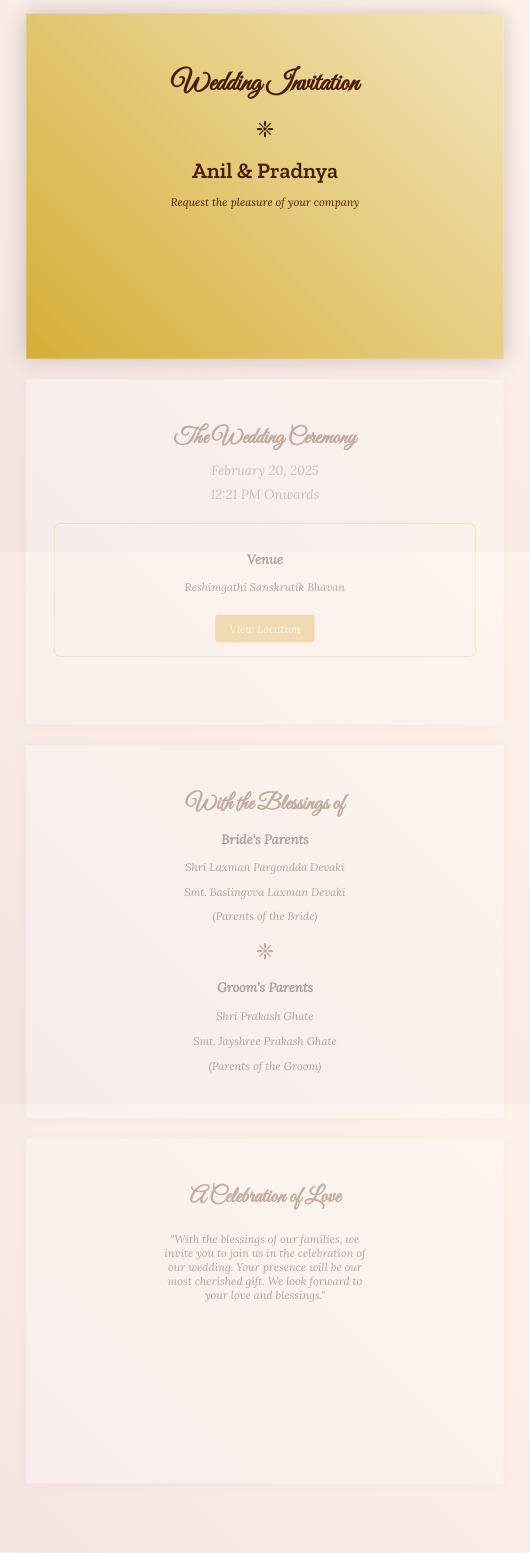
Repository: abhibkop27/finalwedding
Page: index.html
These files come from the project's save history. The page is drawn as it stood at one moment and after the next save; the edit follows.
The browser window is 768 px wide. The pictures show the whole page, at 69% of full size.
Backgrounds fixed to the window are drawn as part of the page.

Above is the page before, as saved 2025-02-17 13:13:20.

### index.html
<!DOCTYPE html>
<html lang="en">
<head>
    <meta charset="UTF-8">
    <meta name="viewport" content="width=device-width, initial-scale=1.0">
    <title>Wedding Invitation</title>
    <link rel="stylesheet" href="style.css">
    <link href="https://fonts.googleapis.com/css2?family=Great+Vibes&family=Lora:ital@1&display=swap" rel="stylesheet">
</head>
<body>
    <div class="book">

        <div class="page cover active">
            <div class="content">
                <h1>Wedding Invitation</h1>
                <div class="ornament">❈</div>
                <h2 class="main-name">Anil & Pradnya</h2>
                <p>Request the pleasure of your company</p>
            </div>
        </div>


        <div class="page">
            <div class="content">
                <h2>The Wedding Ceremony</h2>
                <p class="date">February  20, 2025</p>
                <p class="time">12:21 PM Onwards</p>
                <div class="venue">
                    <h3>Venue</h3>
                    <p>Reshimgathi Sanskrutik Bhavan</p>
                    <a href="https://maps.app.goo.gl/dHfJvonCVZ4RNg2w9" target="_blank" class="map-link">View Location</a>
                </div>
            </div>
        </div>

        <div class="page" >
            <div class="content">
                <h2>With the Blessings of</h2>
                <div class="family-details">
                    <div class="family-grid">
                        <div class="family-section">
                            <h3>Bride's Parents</h3>
                            <p class="elder-name">Shri Laxman Pargondda Devaki</p>
                            <p class="elder-name">Smt. Baslingvva Laxman Devaki</p>
                            <p class="relation">(Parents of the Bride)</p>
                        </div>
                        <div class="ornament">❈</div>

                        <div class="family-section">
                            <h3>Groom's Parents</h3>
                            <p class="elder-name">Shri Prakash Ghate</p>
                            <p class="elder-name">Smt. Jayshree Prakash Ghate</p>
                            <p class="relation">(Parents of the Groom)</p>
                        </div>
                    </div>



                </div>
            </div>
        </div>

        <div class="page">
            <div class="content">
                <h2>A Celebration of Love</h2>
                <form id="rsvpForm">
                    <!-- <input type="text" placeholder="Your Name" required>
                    <input type="number" placeholder="Number of Guests" required>
                    <button type="submit">Confirm Attendance</button> -->
                    <p>
                        "With the blessings of our families,
we invite you to join us in the celebration of our wedding.
Your presence will be our most cherished gift.
We look forward to your love and blessings."


                    </p>
                </form>
            </div>
        </div>
    </div>

    <!-- <div class="navigation">
        <button id="prevBtn" class="nav-button" disabled>Previous</button>
        <button id="nextBtn" class="nav-button">Next</button>
    </div> -->

    <script src="script.js"></script>
</body>
</html>

### style.css
@font-face {
    font-family: 'zilla';
    src: url('./asstes/fonts/Zilla_Slab/ZillaSlab-SemiBold.ttf') format('truetype');
  }

  .main-name{
    font-family: 'zilla';
  }



body {
    margin: 0;
    padding: 0;
    min-height: 100vh;
    display: flex;
    justify-content: center;
    align-items: center;
    background: linear-gradient(45deg, #f3e4e1, #fff2ea);
    font-family: 'Lora', serif;
    scroll-behavior: smooth;
}

.book {
    width: 90%;
    max-width: 800px;
    height: 600px;
    position: relative;
    perspective: 1500px;
}

.page {
    position: absolute;
    width: 100%;
    height: 100%;
    background: #fff;
    transform-origin: left;
    transition: transform 0.6s, opacity 0.6s;
    box-shadow: 0 0 20px rgba(0,0,0,0.1);
    padding: 20px;
    box-sizing: border-box;
    /* opacity: 0; */
    pointer-events: none;
}

.page.active {
    opacity: 1;
    pointer-events: all;
    z-index: 1;
}

.cover {
    background: linear-gradient(45deg, #d4af37, #f4e4bc);
    color: #4a1c03;
}

.content {
    padding: 20px;
    text-align: center;
}

h1 {
    font-family: 'Great Vibes', cursive;
    font-size: 3em;
    color: #4a1c03;
    margin-bottom: 20px;
}

h2 {
    font-family: 'Great Vibes', cursive;
    font-size: 2.5em;
    color: #4a1c03;
    margin: 15px 0;
}

.ornament {
    font-size: 2em;
    color: #4a1c03;
    margin: 20px 0;
}

.date, .time {
    font-size: 1.2em;
    color: #666;
    margin: 10px 0;
}

.venue {
    margin: 30px 0;
    padding: 20px;
    border: 1px solid #d4af37;
    border-radius: 10px;
}

.map-link {
    display: inline-block;
    margin-top: 15px;
    padding: 10px 20px;
    background: #d4af37;
    color: white;
    text-decoration: none;
    border-radius: 5px;
    transition: background 0.3s;
}

.map-link:hover {
    background: #b38f28;
}

.events {
    display: flex;
    flex-direction: column;
    gap: 20px;
}

.event {
    padding: 15px;
    border: 1px solid #d4af37;
    border-radius: 8px;
}

form {
    display: flex;
    flex-direction: column;
    gap: 15px;
    max-width: 300px;
    margin: 0 auto;
}

input {
    padding: 10px;
    border: 1px solid #d4af37;
    border-radius: 5px;
}

button {
    padding: 10px 20px;
    background: #d4af37;
    color: white;
    border: none;
    border-radius: 5px;
    cursor: pointer;
    transition: background 0.3s;
}

button:hover {
    background: #b38f28;
}

.navigation {
    position: fixed;
    bottom: 20px;
    left: 50%;
    transform: translateX(-50%);
    display: flex;
    gap: 20px;
    z-index: 2;
}

.nav-button {
    padding: 10px 20px;
    background: #d4af37;
    color: white;
    border: none;
    border-radius: 5px;
    cursor: pointer;
    transition: background 0.3s;
}

.nav-button:disabled {
    background: #ccc;
    cursor: not-allowed;
}

@media (max-width: 768px) {
    body {
        align-items: flex-start;
        padding: 20px 0;
        background-attachment: fixed;
    }

    .book {
        height: auto;
        perspective: none;
        display: flex;
        flex-direction: column;
        gap: 30px;
        padding-bottom: 80px;
    }

    .page {
        position: relative;
        height: auto;
        min-height: 500px;
        opacity: 1;
        pointer-events: all;
        transform: none !important;
        transition: none;
    }

    .page:not(.active) {
        opacity: 0.3;
    }

    .page.active {
        opacity: 1;
        box-shadow: 0 0 30px rgba(0,0,0,0.2);
    }

    .navigation {
        position: fixed;
        bottom: 20px;
        background: rgba(255, 255, 255, 0.9);
        padding: 10px;
        border-radius: 10px;
        box-shadow: 0 2px 10px rgba(0,0,0,0.1);
    }

    .content {
        padding: 30px 20px;
    }

    h1 {
        font-size: 2.5em;
    }

    h2 {
        font-size: 2em;
    }
}

### script.js
// document.getElementById('rsvpForm').addEventListener('submit', function(e) {
//     e.preventDefault();
//     const formData = new FormData(e.target);
//     alert('Thank you for your RSVP!\nWe look forward to celebrating with you!');
//     e.target.reset();
// });

// Page Navigation
// const pages = document.querySelectorAll('.page');
// const prevBtn = document.getElementById('prevBtn');
// const nextBtn = document.getElementById('nextBtn');
// let currentPage = 1;
// const totalPages = pages.length;

// function updateButtons() {
//     prevBtn.disabled = currentPage === 1;
//     nextBtn.disabled = currentPage === totalPages;
// }

// function showPage(pageNumber) {
//     pages.forEach(page => {
//         page.classList.remove('active');
//         if (parseInt(page.dataset.page) === pageNumber) {
//             page.classList.add('active');

//             // Scroll to the active page on mobile with offset
//             if (window.innerWidth <= 768) {
//                 const offset = 20; // Adjust this value to control scroll position
//                 const pageTop = page.offsetTop - offset;
//                 window.scrollTo({
//                     top: pageTop,
//                     behavior: 'smooth'
//                 });
//             }
//         }
//     });
//     currentPage = pageNumber;
//     updateButtons();
// }

// prevBtn.addEventListener('click', () => {
//     if (currentPage > 1) {
//         showPage(currentPage - 1);
//     }
// });

// nextBtn.addEventListener('click', () => {
//     if (currentPage < totalPages) {
//         showPage(currentPage + 1);
//     }
// });

// Initialize first page
// updateButtons();

// Handle window resize
// window.addEventListener('resize', () => {
//     const activePage = document.querySelector('.page.active');
//     if (activePage && window.innerWidth <= 768) {
//         const offset = 20;
//         const pageTop = activePage.offsetTop - offset;
//         window.scrollTo({
//             top: pageTop,
//             behavior: 'smooth'
//         });
//     }
// });

After the next save:
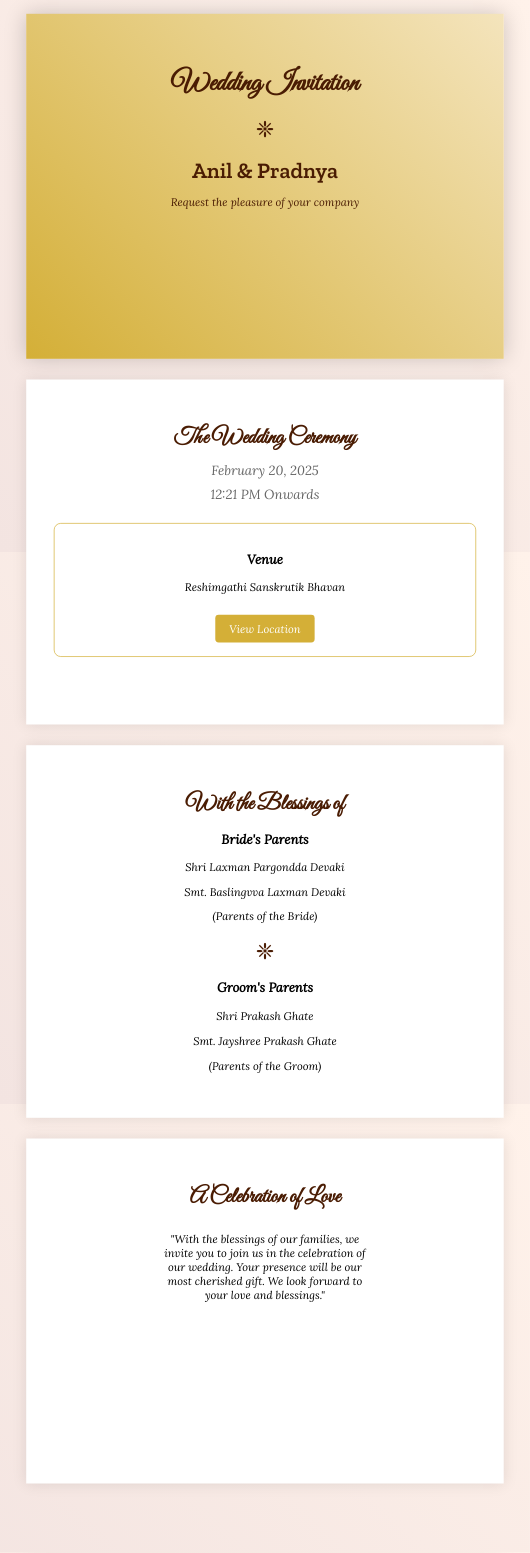
Saved 44 s later.
--- a/style.css
+++ b/style.css
@@ -198,9 +198,6 @@ button:hover {
         transition: none;
     }
 
-    .page:not(.active) {
-        opacity: 0.3;
-    }
 
     .page.active {
         opacity: 1;
